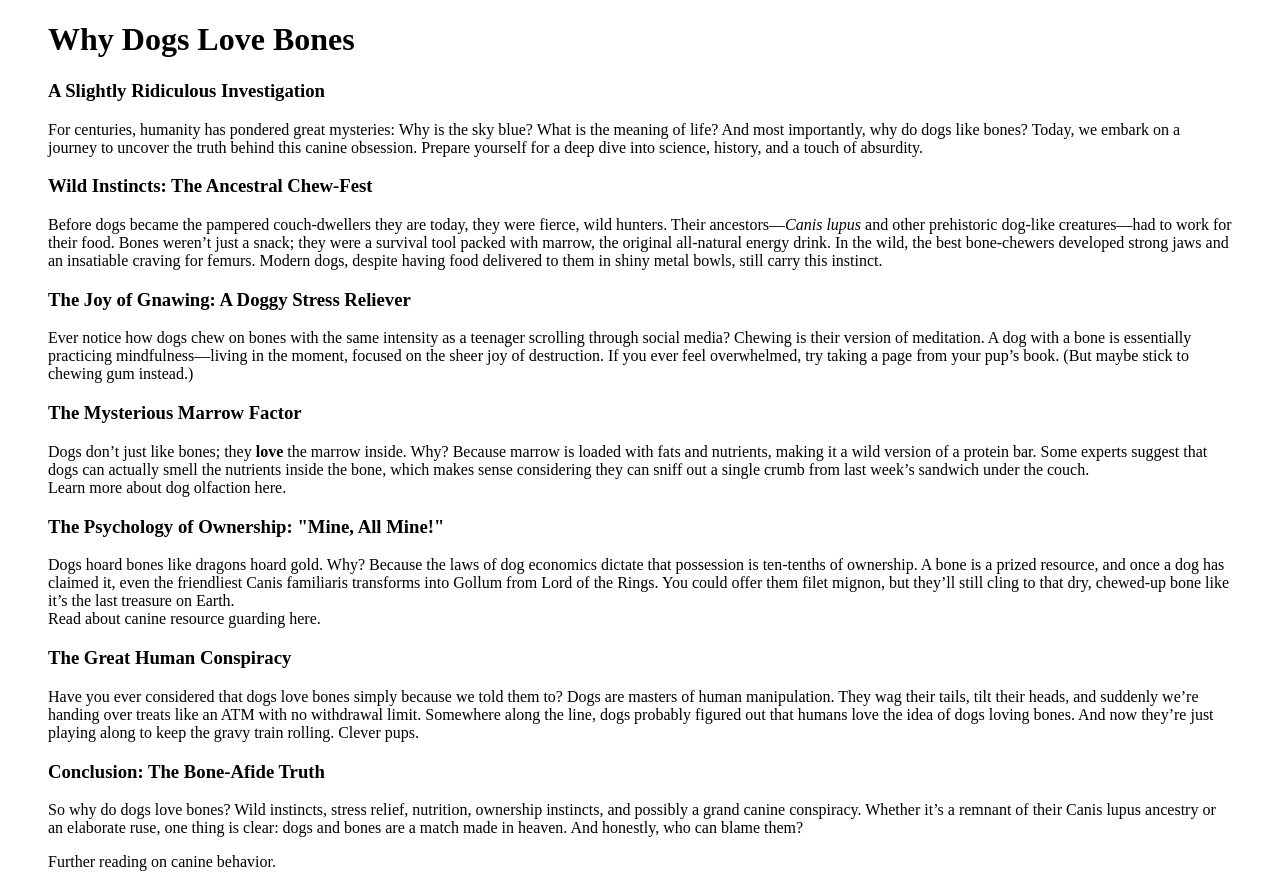
Repository: Leith-vdl/apprentice-challenge-1
Page: index.html
An editor plug-in stored every save of this project. The page is shown before and after the next save, followed by the edit.
The browser window is 1280 px wide. The pictures show the whole page.

Above is the page before, as saved 2025-01-31 15:06:05.

After the next save:
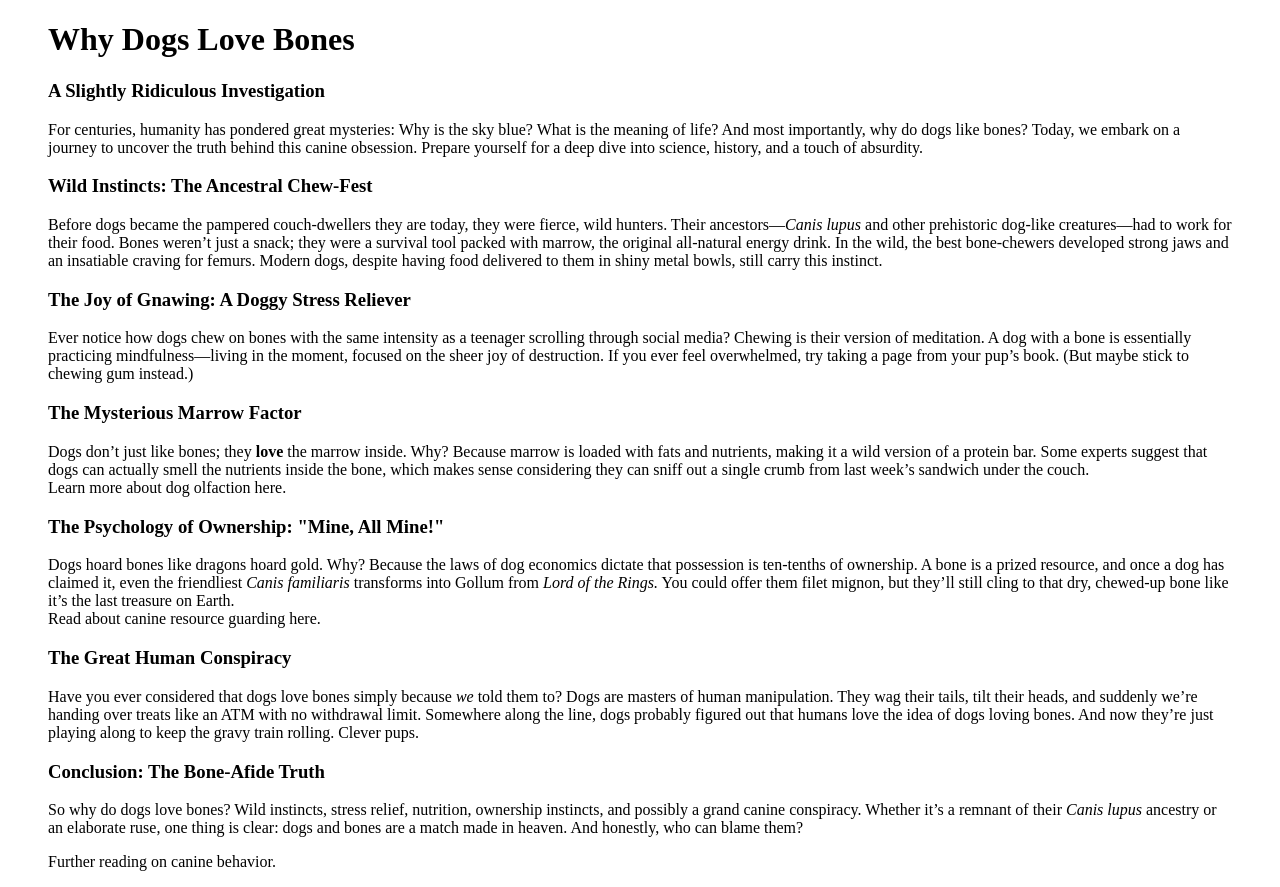
Saved 2 min 6 s later.
--- a/index.html
+++ b/index.html
@@ -58,7 +58,7 @@
             <p>
                 Dogs hoard bones like dragons hoard gold. Why? Because the laws of dog economics dictate
                 that possession is ten-tenths of ownership. A bone is a prized resource, and once a dog has
-                claimed it, even the friendliest Canis familiaris transforms into Gollum from Lord of the Rings.
+                claimed it, even the friendliest <i>Canis familiaris</i> transforms into Gollum from <i>Lord of the Rings.</i>
                 You could offer them filet mignon, but they’ll still cling to that dry, chewed-up bone like it’s the
                 last treasure on Earth.<br>
                 <a>Read about canine resource guarding here.</a>
@@ -67,7 +67,7 @@
         <section>
             <h3>The Great Human Conspiracy</h3>
             <p>
-                Have you ever considered that dogs love bones simply because we told them to? Dogs are
+                Have you ever considered that dogs love bones simply because <i>we</i> told them to? Dogs are
                 masters of human manipulation. They wag their tails, tilt their heads, and suddenly we’re
                 handing over treats like an ATM with no withdrawal limit. Somewhere along the line, dogs
                 probably figured out that humans love the idea of dogs loving bones. And now they’re just
@@ -78,7 +78,7 @@
             <h3>Conclusion: The Bone-Afide Truth</h3>
             <p>
                 So why do dogs love bones? Wild instincts, stress relief, nutrition, ownership instincts, and
-                possibly a grand canine conspiracy. Whether it’s a remnant of their Canis lupus ancestry or an
+                possibly a grand canine conspiracy. Whether it’s a remnant of their <i>Canis lupus</i> ancestry or an
                 elaborate ruse, one thing is clear: dogs and bones are a match made in heaven. And honestly,
                 who can blame them?
             </p>
